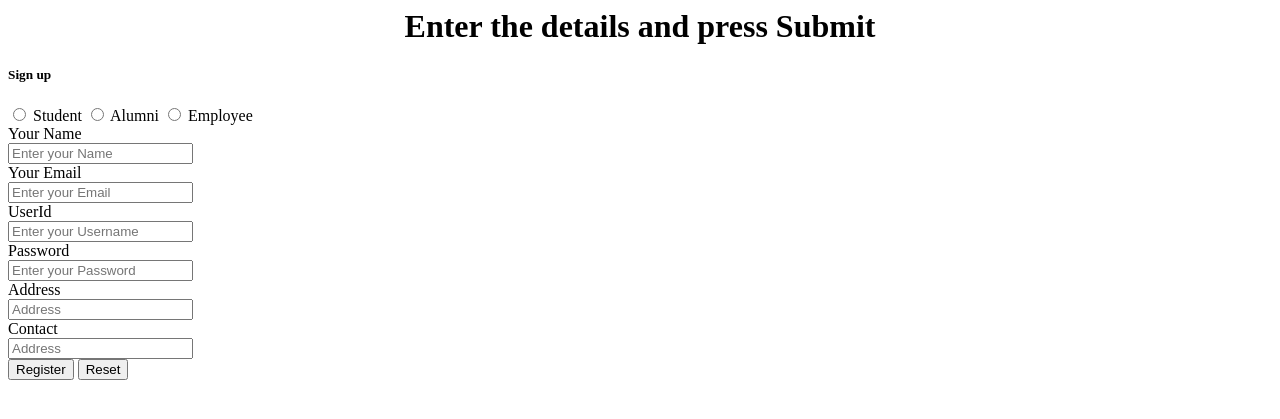
Repository: Abinayasivapraba/Project2
Page: ChatZoneFE/WebContent/User/Register.html
The author's editor kept a copy of each file at every save. The page is drawn from the files as they stood at one save, then again after the next save.
The browser window is 1280 px wide. The pictures show the whole page.

Above is the page before, as saved 2017-05-14 11:15:58.

### ChatZoneFE/WebContent/User/Register.html
<!-- <div ng-controller="UserController as ctrl">
<center><h1>Enter the details and press Submit</h1></center>
<center>
<div class="formcontainer">
<form ng-submit="ctrl.submit()" name="myForm" class="form-horizontal">
Id: <input type="text" ng-model="ctrl.user.id"/><br>
Name :<input type="text" ng-model="ctrl.user.name" /><br>
Password :<input type="text" ng-model="ctrl.user.password" /><br>
Email :<input type="text" ng-model="ctrl.user.email" /><br>
Contact:<input type="text" ng-model="ctrl.user.contact" /><br>
Address :<input type="text" ng-model="ctrl.user.address" /><br>
Role:<input type="text" ng-model="ctrl.user.role" /><br>

<input type="submit" value="Submit">
<button type="button" ng-click="ctrl.reset()">Reset</button>
</form>
</center>
</div>
</div>
   -->
<div ng-controller="UserController as ctrl">
<div class="container">
	<div class="row">
<center><h1>Enter the details and press Submit</h1></center>
</div>
</div>
   <div class="formcontainer">
			<div class="row main">
				<div class="main-login main-center">
				<h5>Sign up </h5>
					<form ng-submit="ctrl.submit()" name="myForm" class="form-horizontal">

					<div class="container">
							<div class="radio">
								<label class="radio-inline"> <input type="radio"
									name="role" value="student" ng-model="ctrl.user.role">
									Student
								</label> <label class="radio-inline"> <input type="radio"
									name="role" value="alumni" ng-model="ctrl.user.role">
									Alumni
								</label> <label class="radio-inline"> <input type="radio"
									name="role" value="employee" ng-model="ctrl.user.role">
									Employee
								</label>
							</div>


						</div>



						<div class="form-group">
							<label for="name" class="cols-sm-2 control-label">Your Name</label>
							<div class="cols-sm-4">
								<div class="input-group">
									<span class="input-group-addon"><i class="fa fa-user fa" aria-hidden="true"></i></span>
									<input type="text" class="form-control" name="name" id="name" ng-model="ctrl.user.name"  placeholder="Enter your Name"/>
								</div>
							</div>
						</div>

						<div class="form-group">
							<label for="email" class="cols-sm-2 control-label">Your Email</label>
							<div class="cols-sm-4">
								<div class="input-group">
									<span class="input-group-addon"><i class="fa fa-envelope fa" aria-hidden="true"></i></span>
									<input type="text" class="form-control" name="email" id="email" ng-model="ctrl.user.email"  placeholder="Enter your Email"/>
								</div>
							</div>
						</div>

						<div class="form-group">
							<label for="username" class="cols-sm-2 control-label">UserId</label>
							<div class="cols-sm-4">
								<div class="input-group">
									<span class="input-group-addon"><i class="fa fa-users fa" aria-hidden="true"></i></span>
									<input type="text" class="form-control" name="id" id="id" ng-model="ctrl.user.id"  placeholder="Enter your Username"/>
								</div>
							</div>
						</div>

						<div class="form-group">
							<label for="password" class="cols-sm-2 control-label">Password</label>
							<div class="cols-sm-4">
								<div class="input-group">
									<span class="input-group-addon"><i class="fa fa-lock fa-lg" aria-hidden="true"></i></span>
									<input type="password" class="form-control" name="password" id="password" ng-model="ctrl.user.password"  placeholder="Enter your Password"/>
								</div>
							</div>
						</div>

						<div class="form-group">
							<label for="confirm" class="cols-sm-2 control-label">Address</label>
							<div class="cols-sm-4">
								<div class="input-group">
									<span class="input-group-addon"><i class="fa fa-lock fa-lg" aria-hidden="true"></i></span>
									<input type="password" class="form-control" name="address" id="address"ng-model="ctrl.user.address"  placeholder="Address"/>
								</div>
							</div>
						</div>

						<div class="form-group">
							<label for="confirm" class="cols-sm-2 control-label">Contact</label>
							<div class="cols-sm-4">
								<div class="input-group">
									<span class="input-group-addon"><i class="fa fa-lock fa-lg" aria-hidden="true"></i></span>
									<input type="password" class="form-control" name="contact" id="contact" ng-model="ctrl.user.contact"  placeholder="Address"/>
								</div>
							</div>
						</div>




						<input type="submit" class="btn btn-lg btn-success btn-success" value="Register">

						<input type="reset" class="btn btn-lg btn-success btn-log" value="Reset">




					</form>
				</div>
			</div>
		</div>

After the next save:
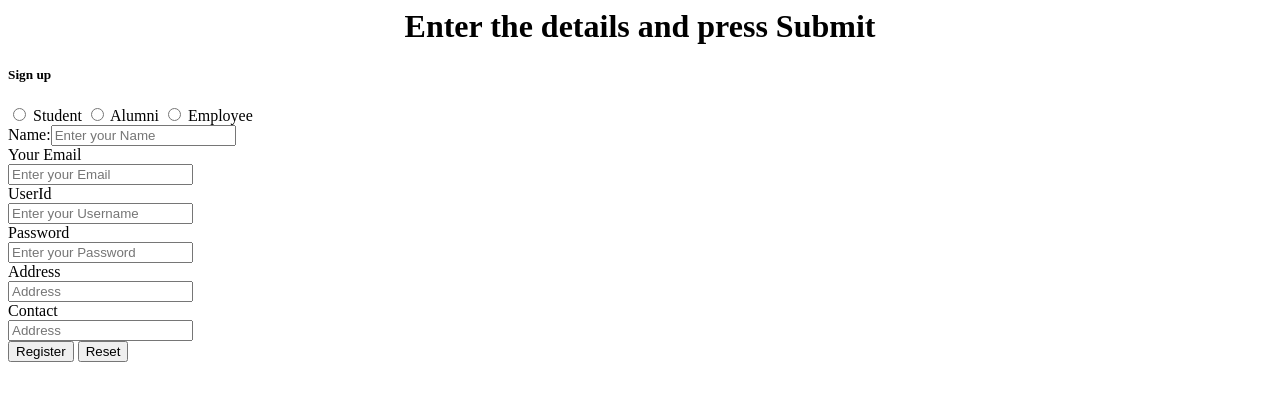
Saved 2 min 27 s later.
--- a/ChatZoneFE/WebContent/User/Register.html
+++ b/ChatZoneFE/WebContent/User/Register.html
@@ -50,11 +50,11 @@ Role:<input type="text" ng-model="ctrl.user.role" /><br>
 
 
 						<div class="form-group">
-							<label for="name" class="cols-sm-2 control-label">Your Name</label>
+
 							<div class="cols-sm-4">
 								<div class="input-group">
-									<span class="input-group-addon"><i class="fa fa-user fa" aria-hidden="true"></i></span>
-									<input type="text" class="form-control" name="name" id="name" ng-model="ctrl.user.name"  placeholder="Enter your Name"/>
+
+									Name:<input type="text" class="form-control" name="name" id="name" ng-model="ctrl.user.name"  placeholder="Enter your Name"/>
 								</div>
 							</div>
 						</div>
